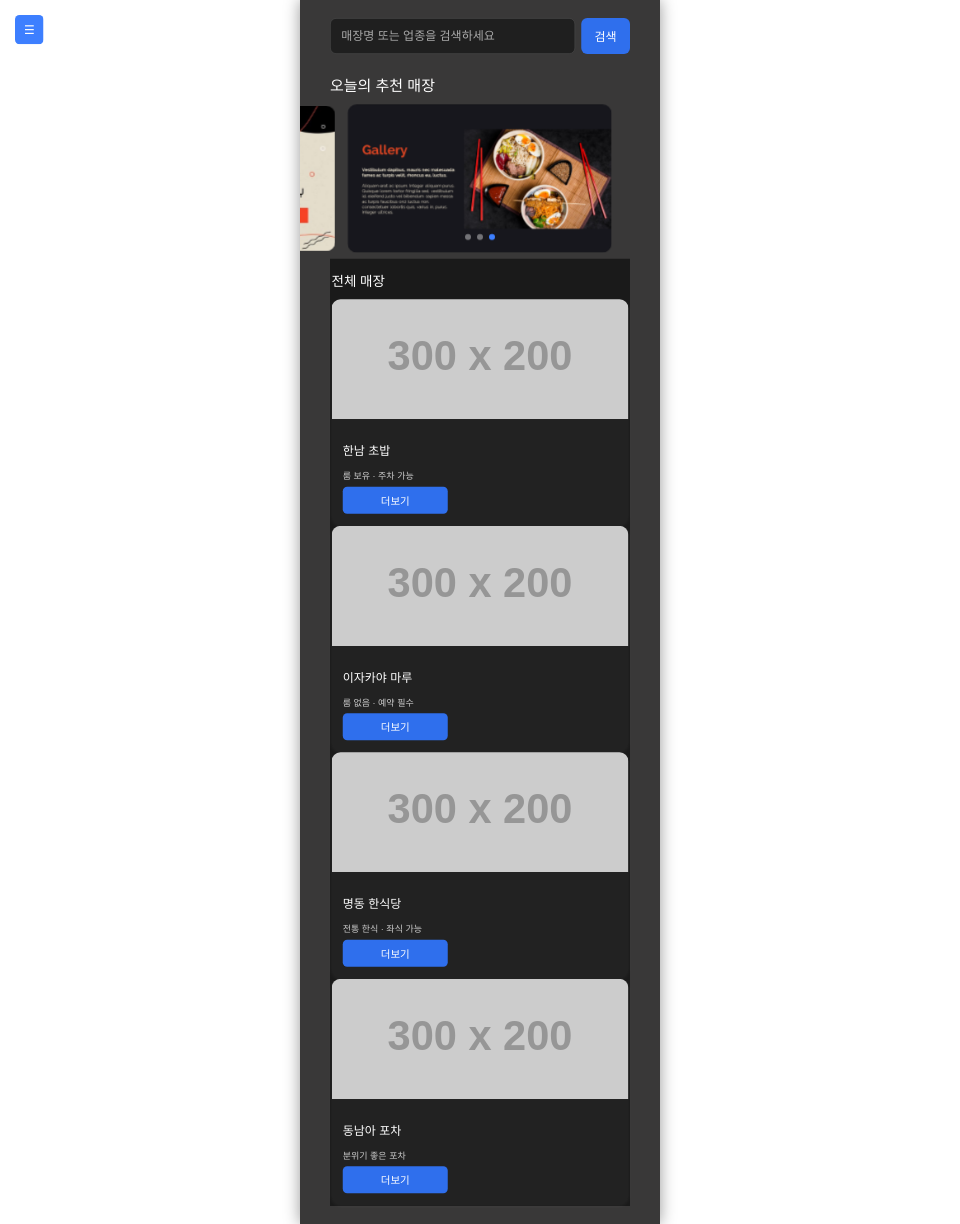
Repository: noiredex/Choplan-API
Page: / (app in choplan/frontend_main/)
The author's editor kept a copy of each file at every save. The page is drawn from the files as they stood at one save, then again after the next save.
The browser window is 1280 px wide. The pictures show the whole page, at 75% of full size.
The project was rebuilt for these pictures with package versions that can differ from the ones it lists, and the page was loaded fresh each time. Also part of the build but not shown: choplan/frontend_main/vite.config.js, choplan/frontend_main/vite.config.ts, choplan/frontend_main/src/styles/StoreDetailPage.css, choplan/frontend_main/src/pages/StoreDetailPage.jsx.

Above is the page before, as saved 2025-10-29 16:10:36.

### choplan/frontend_main/index.html
<!doctype html>
<html lang="en">
  <head>
    <meta charset="UTF-8" />
    <link rel="icon" type="image/svg+xml" href="/vite.svg" />
    <meta name="viewport" content="width=device-width, initial-scale=1.0" />
    <title>frontend_main</title>
  </head>
  <body>
    <div id="root"></div>
    <script type="module" src="/src/main.jsx"></script>
  </body>
</html>

### choplan/frontend_main/src/App.jsx
import { Routes, Route } from "react-router-dom";
import HomePage from "./pages/HomePage";
import StoreDetailPage from "./pages/StoreDetailPage";
import "./App.css";

export default function App() {
  return (
    <Routes>
      <Route path="/" element={<HomePage />} />
      <Route path="/store/:id" element={<StoreDetailPage />} />
    </Routes>
  );
}

### choplan/frontend_main/src/pages/Homepage.jsx
import React, { useState } from "react";
import Sidebar from "../components/common/Sidebar";
import SearchBar from "../components/home/SearchBar";
import BannerSlider from "../components/home/BannerSlider";
import RecommendedStores from "../components/home/RecommendedStores";
import "../styles/HomePage.css";

export default function HomePage() {
  const [selectedCategory, setSelectedCategory] = useState("전체");
  const [searchQuery, setSearchQuery] = useState("");

  return (
    <div className="home-container">
      {/* 사이드바 */}
      <Sidebar
        selectedCategory={selectedCategory}
        onSelectCategory={setSelectedCategory}
        searchQuery={searchQuery}
      />

      {/* 메인 콘텐츠 */}
      <div className="main-content">
        <SearchBar onSearch={setSearchQuery} />

        {/* 추천 배너 */}
        <section className="banner-section">
          <h2>오늘의 추천 매장</h2>
          <BannerSlider />
        </section>

        {/* 매장 목록 */}
        <section className="store-section">
          <RecommendedStores
            category={selectedCategory}
            searchQuery={searchQuery}
          />
        </section>
      </div>
    </div>
  );
}

### choplan/frontend_main/src/App.css
/* ==============================
   App.css — 전역 스타일
   ============================== */

/* 기본 페이지 레이아웃 */
html, body {
  margin: 0;
  padding: 0;
  background-color: #181818; /* Soft Charcoal */
  color: #E0E0E0;
  font-family: 'Noto Sans KR', sans-serif;
  display: flex;
  justify-content: center;
}

/* 전체 앱을 중앙에 고정 (모바일 480px 기준) */
#root {
  width: 100%;
  max-width: 480px;
  min-height: 100vh;
  background-color: #1E1E1E;
  box-shadow: 0 0 20px rgba(0, 0, 0, 0.4);
  overflow-x: hidden;
  position: relative;
}

/* 스크롤바 다크모드 스타일 */
::-webkit-scrollbar {
  width: 6px;
}
::-webkit-scrollbar-track {
  background: #1a1a1a;
}
::-webkit-scrollbar-thumb {
  background: #444;
  border-radius: 4px;
}
::-webkit-scrollbar-thumb:hover {
  background: #555;
}

/* 공통 버튼 스타일 */
button {
  background-color: #3D7FFF;
  color: white;
  border: none;
  border-radius: 8px;
  padding: 10px 16px;
  cursor: pointer;
  transition: background-color 0.2s ease;
}
button:hover {
  background-color: #5596FF;
}

/* 링크 */
a {
  text-decoration: none;
  color: inherit;
}

### choplan/frontend_main/src/components/common/Sidebar.jsx
import React, { useState, useEffect } from "react";
import "../../styles/Sidebar.css";

export default function Sidebar({ selectedCategory, onSelectCategory, searchQuery }) {
  const [isOpen, setIsOpen] = useState(false);

  const categories = [
    "전체",
    "이자카야",
    "초밥",
    "한식",
    "양식",
    "중식",
    "동남아",
    "인도",
    "기타",
  ];

  // 검색어에 따라 자동 카테고리 선택
  useEffect(() => {
    if (searchQuery && searchQuery.trim() !== "") {
      const matched = categories.find((cat) => searchQuery.includes(cat));
      if (matched) onSelectCategory(matched);
    }
  }, [searchQuery]);

  return (
    <>
      {/* 햄버거 버튼 (항상 노출) */}
      <button
        className="sidebar-toggle"
        onClick={() => setIsOpen(!isOpen)}
        aria-label="메뉴 열기"
      >
        ☰
      </button>

      {/* 오버레이 (열릴 때만) */}
      {isOpen && <div className="overlay" onClick={() => setIsOpen(false)}></div>}

      {/* 세로형 사이드바 */}
      <aside className={`sidebar ${isOpen ? "open" : ""}`}>
        <ul className="sidebar-list">
          {categories.map((category, index) => (
            <li
              key={index}
              className={selectedCategory === category ? "active" : ""}
              onClick={() => {
                onSelectCategory(category);
                setIsOpen(false);
              }}
            >
              {category}
            </li>
          ))}
        </ul>
      </aside>
    </>
  );
}

### choplan/frontend_main/src/components/home/SearchBar.jsx
import React, { useState } from "react";
import "../../styles/SearchBar.css";

export default function SearchBar({ onSearch }) {
  const [query, setQuery] = useState("");

  const handleInputChange = (e) => {
    setQuery(e.target.value);
  };

  const handleSearch = (e) => {
    e.preventDefault();
    onSearch(query);
  };

  return (
    <form className="search-bar" onSubmit={handleSearch}>
      <input
        type="text"
        placeholder="매장명 또는 업종을 검색하세요"
        value={query}
        onChange={handleInputChange}
      />
      <button type="submit">검색</button>
    </form>
  );
}

### choplan/frontend_main/src/components/home/BannerSlider.jsx
import React from "react";
import { Swiper, SwiperSlide } from "swiper/react";
import { Autoplay, Pagination } from "swiper/modules";
import "swiper/css";
import "swiper/css/pagination";
import "../../styles/BannerSlider.css";

const images = [
  "/images/banner4.jpg",
  "/images/banner2.jpg",
  "/images/banner3.jpg"
];

export default function BannerSlider() {
  return (
    <div className="banner-slider">
      <Swiper
        modules={[Autoplay, Pagination]}
        slidesPerView={1.15}
        centeredSlides={true}
        spaceBetween={20}
        loop={true}
        autoplay={{ delay: 3000, disableOnInteraction: false }}
        pagination={{ clickable: true }}
        className="custom-swiper"
      >
        {images.map((src, index) => (
          <SwiperSlide key={index} className="banner-slide">
            <img src={src} alt={`배너 ${index + 1}`} />
          </SwiperSlide>
        ))}
      </Swiper>
    </div>
  );
}

### choplan/frontend_main/src/components/home/RecommendedStores.jsx
import React, { useEffect, useState } from "react";
import { useNavigate } from "react-router-dom";
import "../../styles/RecommendedStores.css";

export default function RecommendedStores({ category, searchQuery }) {
  const [stores, setStores] = useState([]);
  const navigate = useNavigate(); // 페이지 이동 훅

  // 예시 데이터 (실제 API 연결 시 이 부분 대체)
  const allStores = [
    { id: 1, name: "한남 초밥", category: "초밥", desc: "룸 보유 · 주차 가능", img: "https://placehold.co/300x200" },
    { id: 2, name: "이자카야 마루", category: "이자카야", desc: "룸 없음 · 예약 필수", img: "https://placehold.co/300x200" },
    { id: 3, name: "명동 한식당", category: "한식", desc: "전통 한식 · 좌식 가능", img: "https://placehold.co/300x200" },
    { id: 4, name: "동남아 포차", category: "동남아", desc: "분위기 좋은 포차", img: "https://placehold.co/300x200" },
  ];

  useEffect(() => {
    let filtered = allStores;

    // 검색어 반영
    if (searchQuery) {
      filtered = filtered.filter((store) =>
        store.name.toLowerCase().includes(searchQuery.toLowerCase())
      );
    }

    // 카테고리 반영
    if (category && category !== "전체") {
      filtered = filtered.filter((store) => store.category === category);
    }

    setStores(filtered);
  }, [category, searchQuery]);

  return (
    <div className="recommended-stores">
      <h2>{category ? category : "전체"} 매장</h2>

      <div className="store-grid">
        {stores.length > 0 ? (
          stores.map((store) => (
            <div className="store-card" key={store.id}>
              <img src={store.img} alt={store.name} />
              <div className="store-info">
                <h3>{store.name}</h3>
                <p>{store.desc}</p>
                <button onClick={() => navigate(`/store/${store.id}`)}>더보기</button>
              {/* 더보기 클릭시 /store/매장id 페이지로 이동 */}
              </div>
            </div>
          ))
        ) : (
          <p className="no-results">검색 결과가 없습니다.</p>
        )}
      </div>
    </div>
  );
}

### choplan/frontend_main/src/styles/HomePage.css
/* ===== 기본 구조 ===== */
.home-container {
  display: flex;
  flex-direction: row;
  align-items: stretch;
  justify-content: flex-start;
  width: 100%;
  min-height: 100vh;
  background-color: #393838; /* 다크모드 배경 */
  overflow: hidden;
  box-sizing: border-box;
  color: #f0f0f0;
}

/* ===== 메인 콘텐츠 ===== */
.main-content {
  flex: 1;
  display: flex;
  flex-direction: column;
  justify-content: flex-start;
  align-items: stretch;
  padding: 24px 40px;
  overflow-y: auto;
  transition: all 0.3s ease;
}

/* ===== 검색바 ===== */
.search-bar {
  margin-bottom: 10px; /* 기존보다 10px 줄임 */
}

/* ===== 베너 섹션 ===== */
.benner-section {
  text-align: center;
  margin-top: 10px; /* 기존보다 10px 줄임 */
  margin-bottom: 20px; /* 아래 ‘전체매장’ 간격 줄임 */
  display: flex;
  flex-direction: column;
  align-items: center;
}

.banner-section h2 {
  font-size: 20px; /* 기존 24px → 20px */
  font-weight: 700;
  color: #ffffff;
  margin-bottom: 12px;
}

.banner-section .swiper-container {
  width: 100%;
  max-width: 1200px;
  aspect-ratio: 16 / 9;
  border-radius: 12px;
  overflow: hidden;
  object-fit: cover;
  height: auto !important;
  flex-shrink: 0;
}

.banner-section .swiper-slide img {
  width: 100%;
  height: 100%;
  object-fit: cover;
  display: block;
}

/* ===== 추천 매장 섹션 ===== */
.store-section {
  width: 100%;
  margin-top: 10px; /* 기존보다 10px 줄임 */
  flex-grow: 1;
}

/* 반응형 대응 */
@media (max-width: 1024px) {
  .banner-section h2 {
    font-size: 18px;
  }
}

### choplan/frontend_main/src/styles/Sidebar.css
/* ==============================
   Sidebar.css — 카테고리 & 햄버거 버튼
   ============================== */

/* ===== 사이드바 전체 ===== */
.sidebar {
  position: fixed;
  top: 0;
  left: 0;
  width: 220px;
  height: 100%;
  background: #202020; /* Soft Charcoal */
  border-right: 1px solid #2c2c2c;
  overflow-y: auto;
  transform: translateX(-100%);
  transition: transform 0.3s ease-in-out;
  z-index: 1000;
}

/* 열렸을 때 */
.sidebar.open {
  transform: translateX(0);
}

/* ===== 햄버거 버튼 ===== */
.sidebar-toggle {
  position: fixed;
  top: 20px;
  left: 20px;
  z-index: 1100;
  background: #3D7FFF;
  color: white;
  border: none;
  border-radius: 6px;
  padding: 10px 12px;
  font-size: 16px;
  cursor: pointer;
  transition: background 0.2s ease;
}

.sidebar-toggle:hover {
  background: #5596FF;
}

/* ===== 카테고리 리스트 ===== */
.sidebar-list {
  list-style: none;
  margin: 70px 0 0 0; /* 버튼 아래쪽 여백 확보 */
  padding: 0;
  display: flex;
  flex-direction: column;
}

.sidebar-list li {
  padding: 14px 18px;
  color: #E0E0E0;
  font-size: 15px;
  cursor: pointer;
  border-bottom: 1px solid #2b2b2b;
  transition: all 0.2s ease;
}

.sidebar-list li:hover {
  background-color: #2a2a2a;
}

.sidebar-list li.active {
  background-color: #3D7FFF;
  color: #fff;
  font-weight: 600;
}

/* “전체” 항목 상단 고정 */
.sidebar-list li:first-child {
  position: sticky;
  top: 0;
  background: #202020;
  z-index: 3;
  font-weight: bold;
  border-bottom: 1px solid #2c2c2c;
}

/* ===== 스크롤바 ===== */
.sidebar-list::-webkit-scrollbar {
  width: 6px;
}
.sidebar-list::-webkit-scrollbar-thumb {
  background: #333;
  border-radius: 3px;
}
.sidebar-list::-webkit-scrollbar-thumb:hover {
  background: #444;
}

/* ===== 반응형 ===== */
@media (max-width: 1024px) {
  .sidebar {
    width: 220px;
  }
}

@media (max-width: 600px) {
  .sidebar {
    width: 200px;
  }

  .sidebar-list li {
    font-size: 14px;
    padding: 12px 14px;
  }

  .sidebar-toggle {
    padding: 8px 10px;
    font-size: 14px;
    top: 15px;
    left: 15px;
  }
}

### choplan/frontend_main/src/styles/SearchBar.css
.search-bar {
  display: flex;
  align-items: center; /* 세로 중앙 정렬 */
  justify-content: center;
  width: 100%;
  max-width: 600px;
  margin: 0 auto;
}

.search-bar input {
  flex: 1;
  height: 48px; /* 버튼과 동일 높이 */
  padding: 0 14px;
  border: 1px solid #444;
  border-radius: 8px;
  background-color: #1f1f1f;
  color: #f0f0f0;
  font-size: 16px;
  outline: none;
  box-sizing: border-box;
}

.search-bar input::placeholder {
  color: #aaa;
}

.search-bar button {
  height: 48px; /* input과 완전 동일 높이 */
  padding: 0 18px;
  border: none;
  background-color: #2f6fed;
  color: white;
  font-size: 16px;
  border-radius: 8px;
  margin-left: 8px; /* input과의 간격 */
  cursor: pointer;
  transition: background-color 0.2s ease;
}

.search-bar button:hover {
  background-color: #1d56c4;
}

### choplan/frontend_main/src/styles/BannerSlider.css
.banner-slider {
  width: 100%;
  margin: 0;
  overflow: visible;
  background-color: transparent;
}

.custom-swiper {
  width: 100%;
  overflow: visible;
}

.custom-swiper .swiper-wrapper {
  overflow: visible; /* 오른쪽 슬라이드도 잘리지 않게 */
}

.banner-slide {
  display: flex;
  justify-content: center;
  align-items: center;
  transition: transform 0.4s ease;
}

.banner-slide img {
  width: 100%;
  height: auto;
  max-height: 440px;
  border-radius: 12px;
  object-fit: cover;
}

.swiper-slide-active img {
  transform: scale(1.02);
  transition: transform 0.3s ease-in-out;
}

.swiper-pagination-bullets {
  bottom: 10px;
}

.swiper-pagination-bullet {
  background-color: rgba(255, 255, 255, 0.4);
  opacity: 1;
  width: 8px;
  height: 8px;
  border-radius: 50%;
}

.swiper-pagination-bullet-active {
  background-color: #3d7fff;
}

@media (max-width: 600px) {
  .banner-slide img {
    max-height: 300px;
    border-radius: 8px;
  }
}

### choplan/frontend_main/src/styles/RecommendedStores.css
/* ===== 컨테이너 ===== */
.recommended-stores {
  padding: 2px;
  background: #1a1a1a;
}

/* ===== 섹션 제목 ===== */
.recommended-stores h2 {
  font-size: 18px; /* ‘오늘의 추천 매장’과 동일한 크기 */
  margin-bottom: 10px;
  font-weight: 600;
  color: #ffffff;
}

/* ===== 매장 카드 그리드 ===== */
.store-grid {
  display: grid;
  gap: 1px;
  width: 100%;
  max-width: 1200px;
  margin: 0 auto;
  grid-template-columns: repeat(auto-fit, minmax(280px, 1fr));
  transition: all 0.3s ease;
}

/* ===== 매장 카드 ===== */
.store-card {
  background: #222;
  border-radius: 12px;
  overflow: hidden;
  box-shadow: 0 2px 6px rgba(255, 255, 255, 0.05);
  display: flex;
  flex-direction: column;
  transition: transform 0.2s ease;
}

.store-card:hover {
  transform: translateY(-3px);
}

.store-card img {
  width: 100%;
  height: 160px;
  object-fit: cover;
}

.store-info {
  padding: 15px;
}

.store-info h3 {
  font-size: 16px;
  margin-bottom: 6px;
  color: #fff;
}

.store-info p {
  font-size: 12px;
  color: #ccc;
  margin-bottom: 5px;
}

.store-info button {
  width: 100%;
  max-width: 140px;
  padding: 8px 0;
  border: none;
  background-color: #2f6fed;
  color: white;
  font-size: 14px;
  border-radius: 6px;
  cursor: pointer;
  transition: background-color 0.2s ease;
}

.store-info button:hover {
  background-color: #1d56c4;
}

Loaded but not shown: choplan/frontend_main/src/main.jsx (common file); choplan/frontend_main/src/index.css (common file)

After the next save:
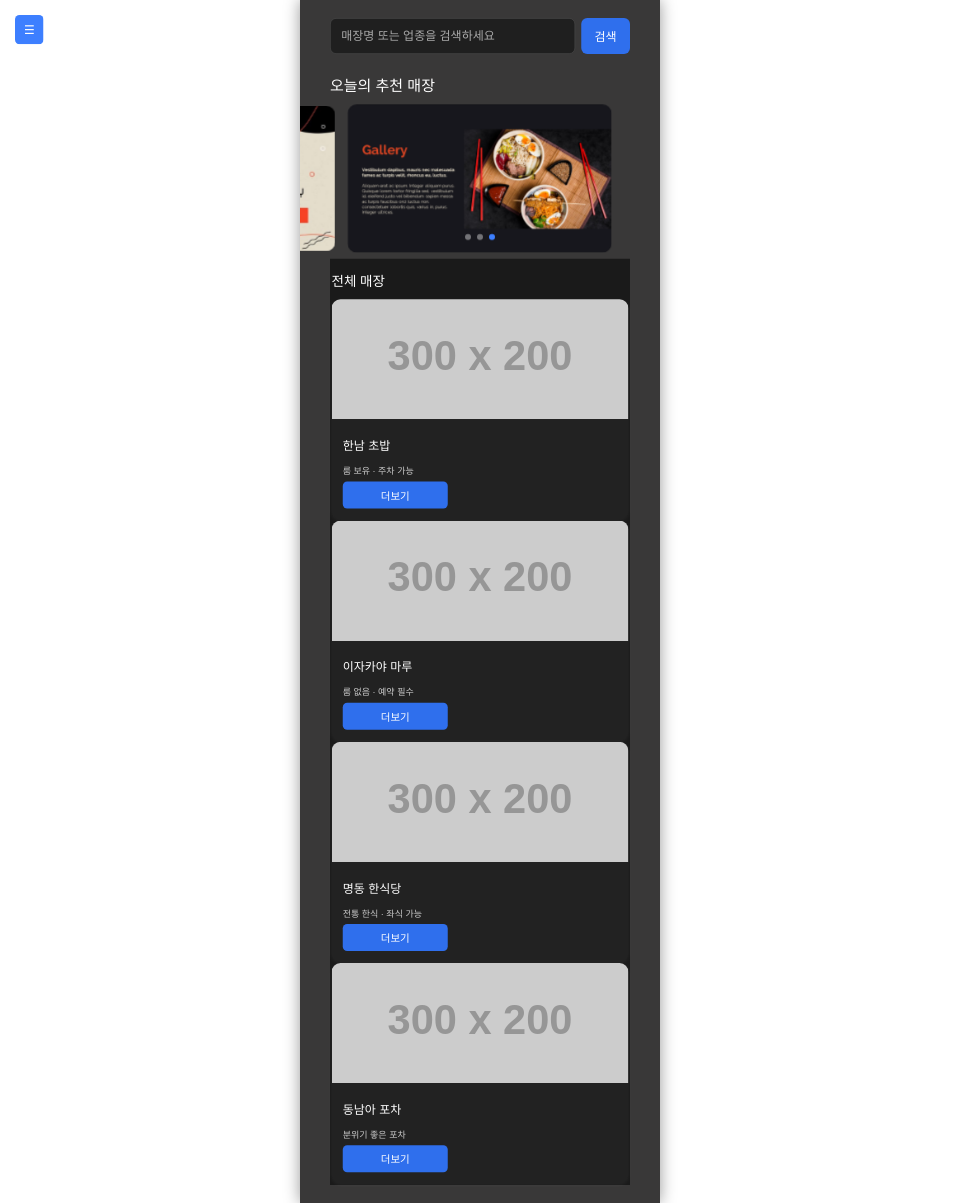
Saved 18 s later.
--- a/choplan/frontend_main/src/styles/RecommendedStores.css
+++ b/choplan/frontend_main/src/styles/RecommendedStores.css
@@ -45,7 +45,10 @@
 }
 
 .store-info {
-  padding: 15px;
+  padding-top: 8px;
+  padding-right: 15px;
+  padding-bottom: 15px;
+  padding-left: 15px;
 }
 
 .store-info h3 {
